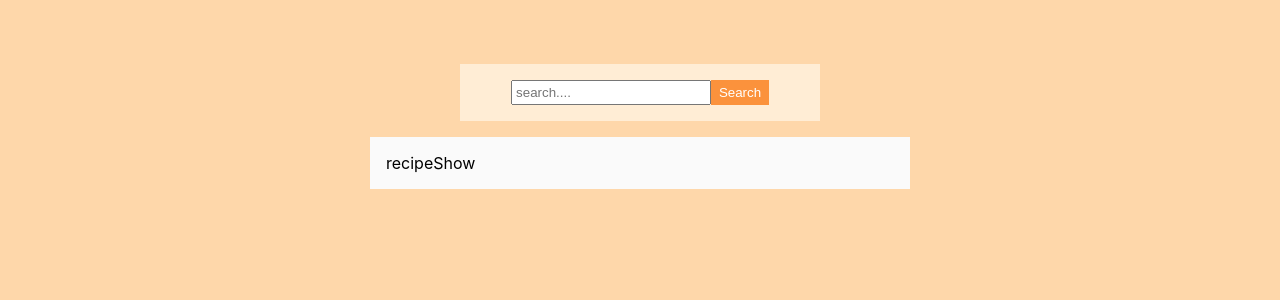
Repository: sandipkarmokar/recipeApp
Page: /
An editor plug-in stored every save of this project. The page is shown before and after the next save, followed by the edit.
The browser window is 1280 px wide. The pictures show the whole page.
The project was rebuilt for these pictures with package versions that can differ from the ones it lists, and the page was loaded fresh each time.

Above is the page before, as saved 2022-04-15 17:01:56.

After the next save:
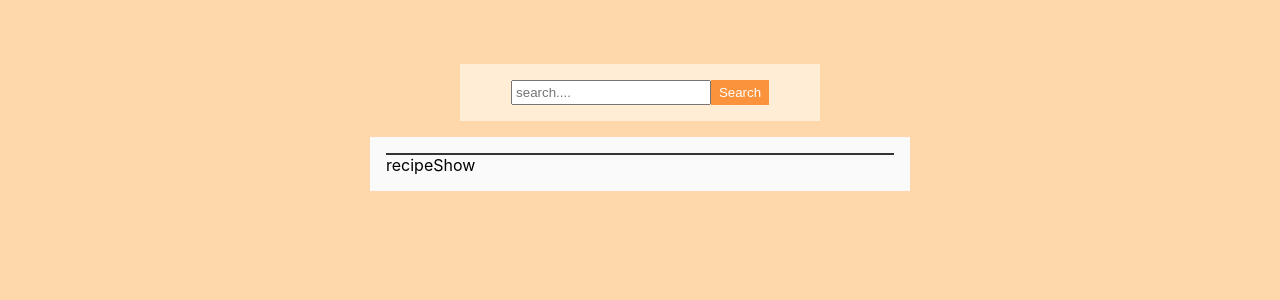
Saved 18 s later.
--- a/src/App.css
+++ b/src/App.css
@@ -55,5 +55,5 @@
 }
 
 .app .app-container .app-modal .recipeList {
-    width: 30%;
+    border: 1px solid #333;
 }
